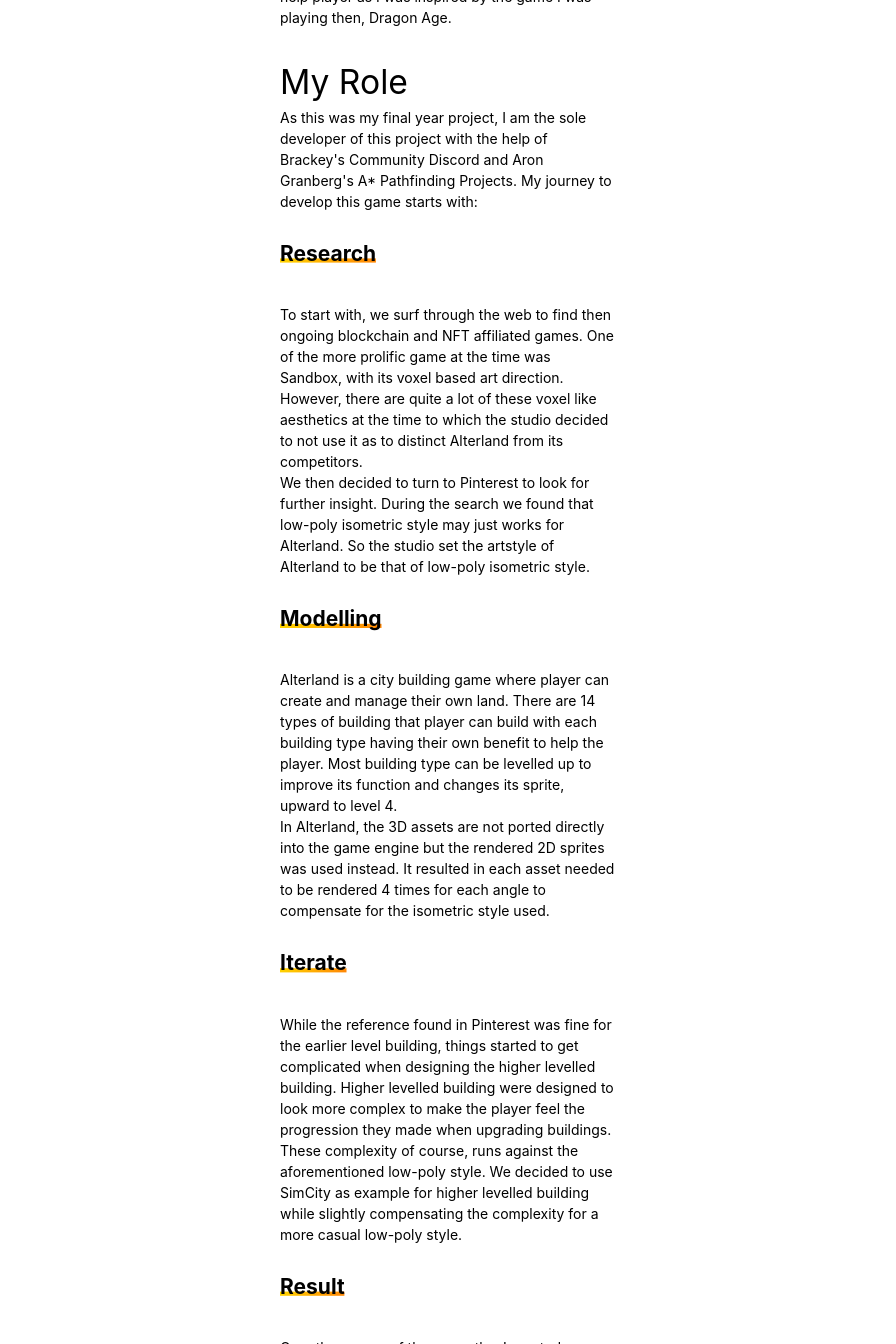
Repository: thortato/thortato.github.io
Page: /IntotheForest
The author's editor kept a copy of each file at every save. The page is drawn from the files as they stood at one save, then again after the next save.
The browser window is 1280 px wide. The pictures show the part of the page from y = 533 to 2453 px (the page is 2870 px tall before and 2840 px after), at 70% of full size.
The project was rebuilt for these pictures with package versions that can differ from the ones it lists, and the page was loaded fresh each time. Also part of the build but not shown: src/App.css, src/Components/Sidebar.css, src/Pages/Sidebar.js, src/Components/HeroImage.js, src/Pages/HeroSection.js, src/Pages/About.js, src/Components/Card.js, src/Pages/Works.js and 3 more.

Above is the page before, as saved 2023-10-03 12:47:15.

After the next save:
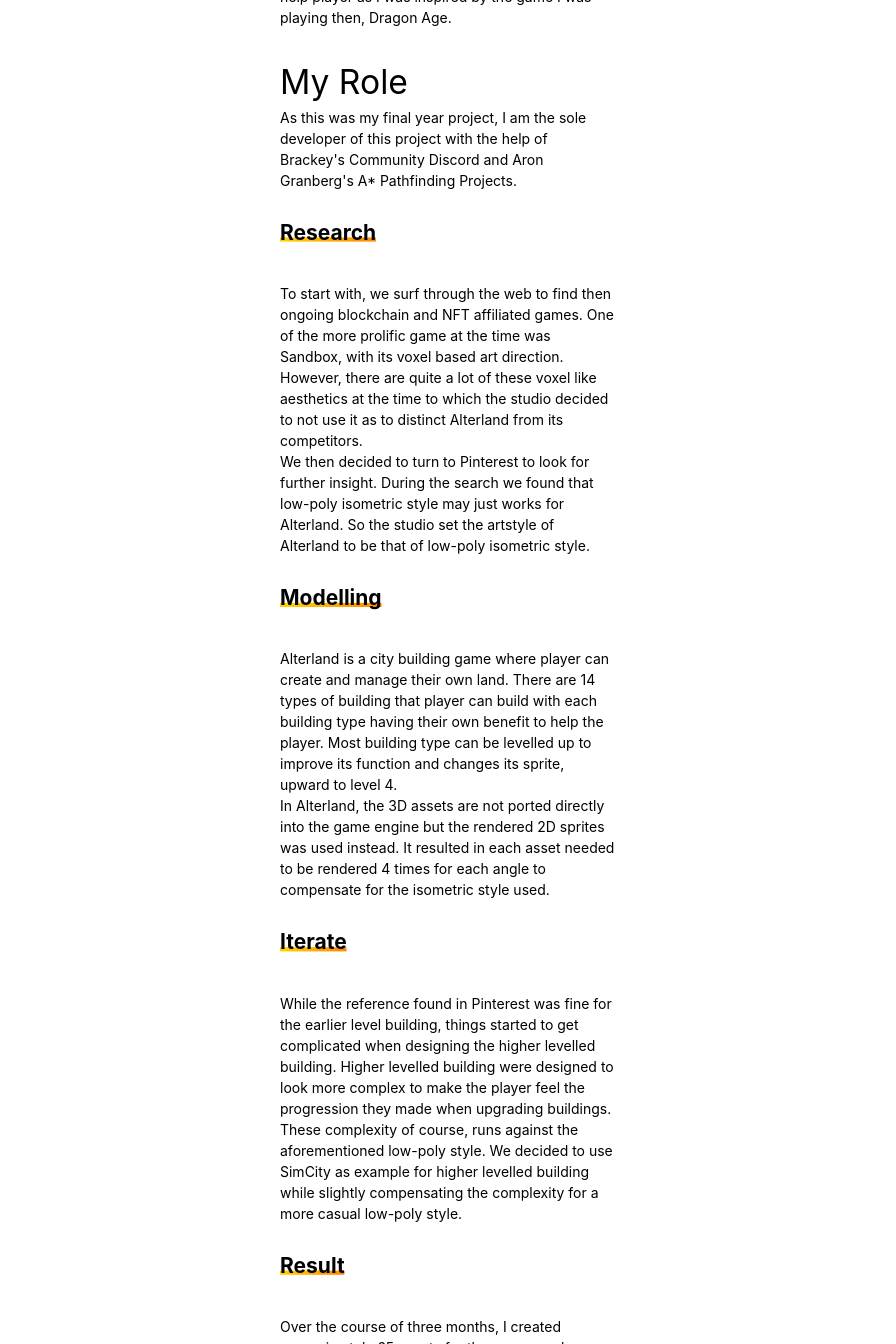
Saved 5 s later.
--- a/src/Pages/Works/Work_IntotheForest.js
+++ b/src/Pages/Works/Work_IntotheForest.js
@@ -35,7 +35,7 @@
           <h1>My Role</h1>
           <p>
             As this was my final year project, I am the sole developer of this project with the help
-            of Brackey's Community Discord and Aron Granberg's  A* Pathfinding Projects.  My journey to develop this game starts with:
+            of Brackey's Community Discord and Aron Granberg's  A* Pathfinding Projects.
           </p>
         </div>
         <div>

After the save that followed:
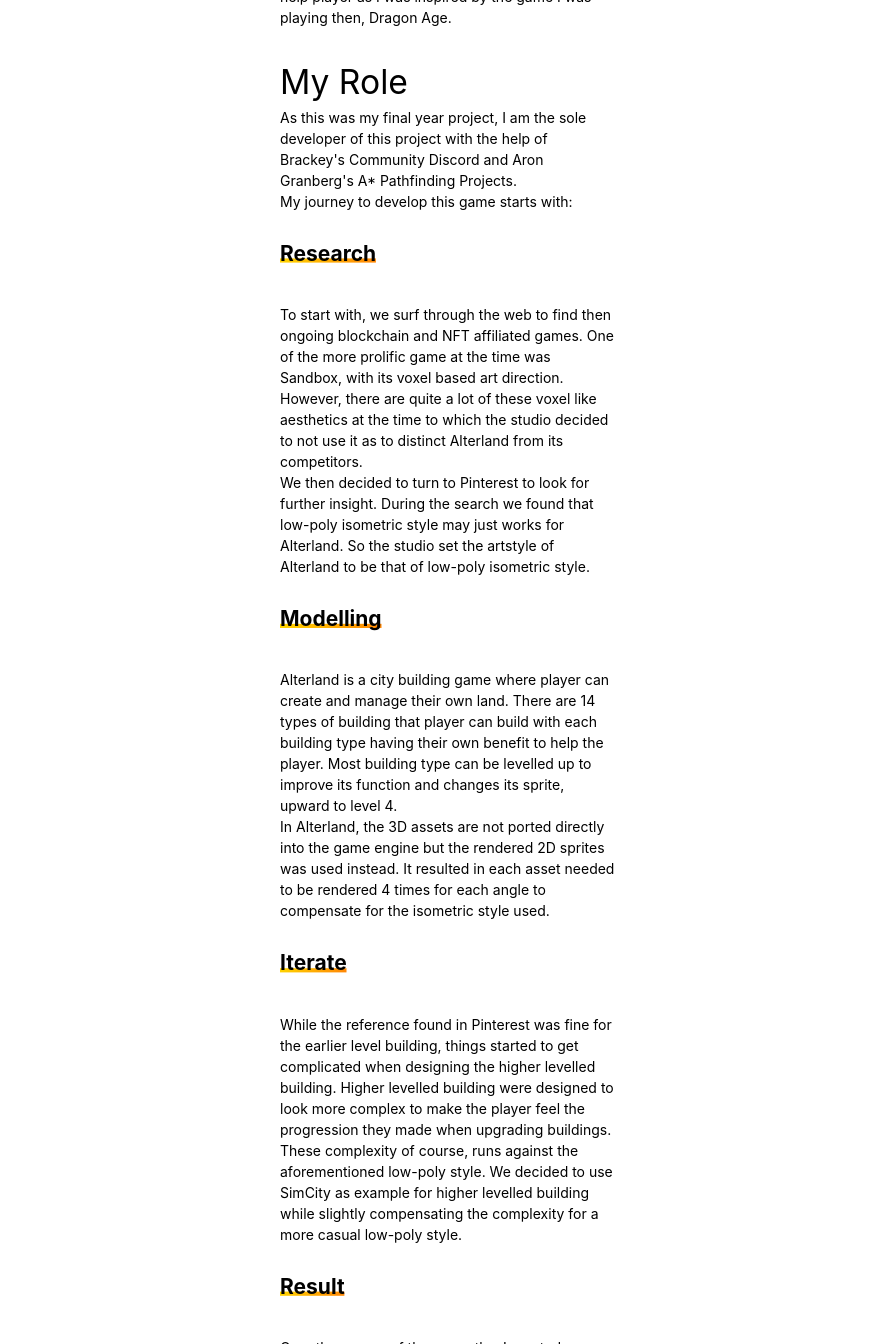
Saved 4 s later.
--- a/src/Pages/Works/Work_IntotheForest.js
+++ b/src/Pages/Works/Work_IntotheForest.js
@@ -36,6 +36,9 @@
           <p>
             As this was my final year project, I am the sole developer of this project with the help
             of Brackey's Community Discord and Aron Granberg's  A* Pathfinding Projects.
+          </p>
+          <p>
+          My journey to develop this game starts with:
           </p>
         </div>
         <div>
